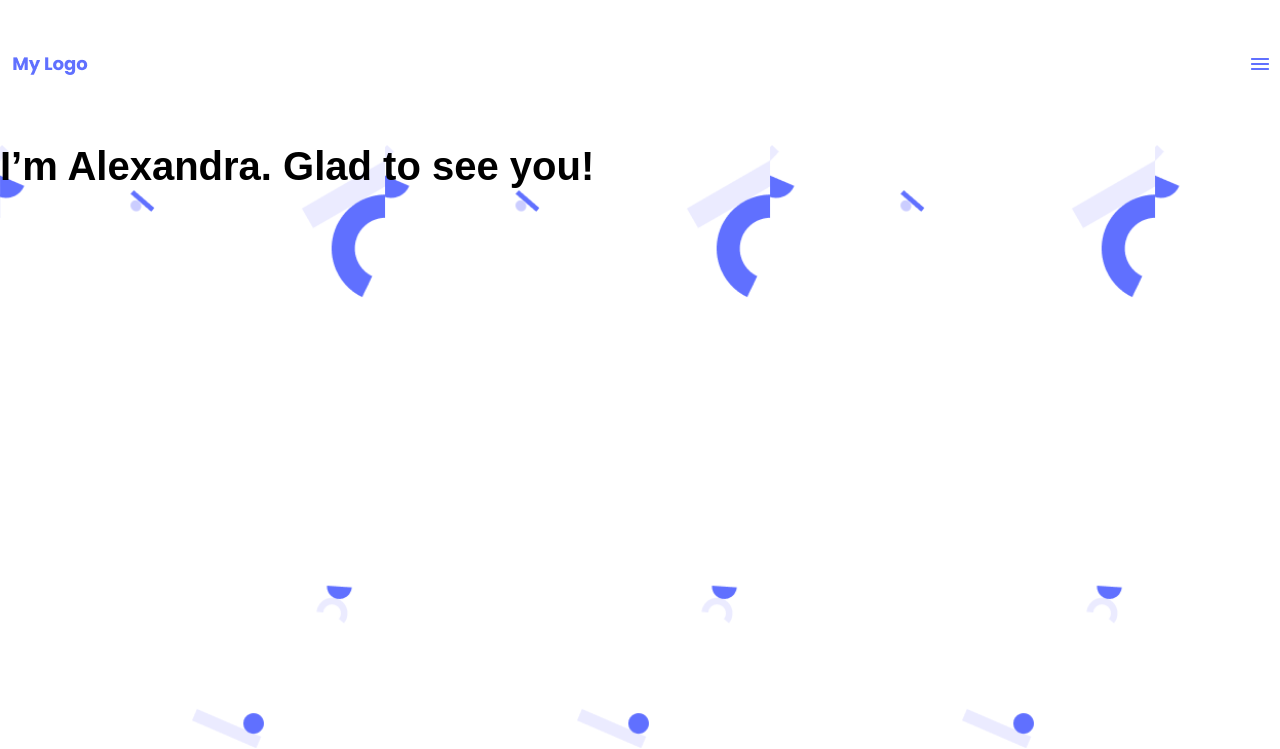
Repository: Paulinelali/potfoilo.github.io
Page: public/index.html
These files come from the project's save history. The page is drawn as it stood at one moment and after a run of saves; the edit follows.
The browser window is 1280 px wide. The pictures show the whole page.

Above is the page before, as saved 2023-03-24 21:23:34.

### public/index.html
<!DOCTYPE html>
<html lang="en">
<head>
    <meta charset="UTF-8">
    <meta http-equiv="X-UA-Compatible" content="IE=edge">
    <meta name="viewport" content="width=device-width, initial-scale=1.0">
    <link rel="stylesheet" href="../styles/style.css">
    <title>Ayomide S.E.P</title>
</head>
<body>

    <header class="header header-top">
        <div class="header-inner sp-btw-flex">
            <div class="heoader-log">
                <img src="../assets/Logo Placeholder.png" alt="">
            </div>
            <div class="header-mobile-icon">
                <img src="../assets/Normal Button/Tertiary/Enabled.png" alt="">
            </div>
        </div>
    </header>

    <section class="intro-section">
        <h2 class="intro-title">I’m Alexandra.
            Glad to see you!</h2>
    </section>
</body>
</html>

### styles/style.css
*{
    box-sizing: border-box;
    padding: 0px;
    margin: 0px;
}

.intro-section{
    background-image: url("../assets/header-shapes\ mobile.png");
    width: 100%;
    background-size: contain;
    position: absolute;
    top: 145px;
    height: 604px;

}

.intro-title{
    font-family: 'Poppins', sans-serif;
    font-size: 40px;
    font-weight: 700;
    line-height: 42px;
}

.header-inner{
    position: absolute;
    width: 100%;
    height: 48px;
    top: 44px;
    display: flex;
    justify-content: space-between;
}

.sp-btw-flex{ display: flex;}
.sp-btw-fle .heoader-log{
    width: 40px;
    height: 40px;
    left: 24px;
    top: cal(50% -40px/2);
    border-radius: 8px;
    -webkit-border-radius: 8px;
    -moz-border-radius: 8px;
    -ms-border-radius: 8px;
    -o-border-radius: 8px;
}

.header-mobile-icon{
    width: 40px;
    height: 40px;
    right: 24px;
    top: cal(50% -40px/2);
    border-radius: 8px;
    -webkit-border-radius: 8px;
    -moz-border-radius: 8px;
    -ms-border-radius: 8px;
    -o-border-radius: 8px;
}

After the next 2 saves:
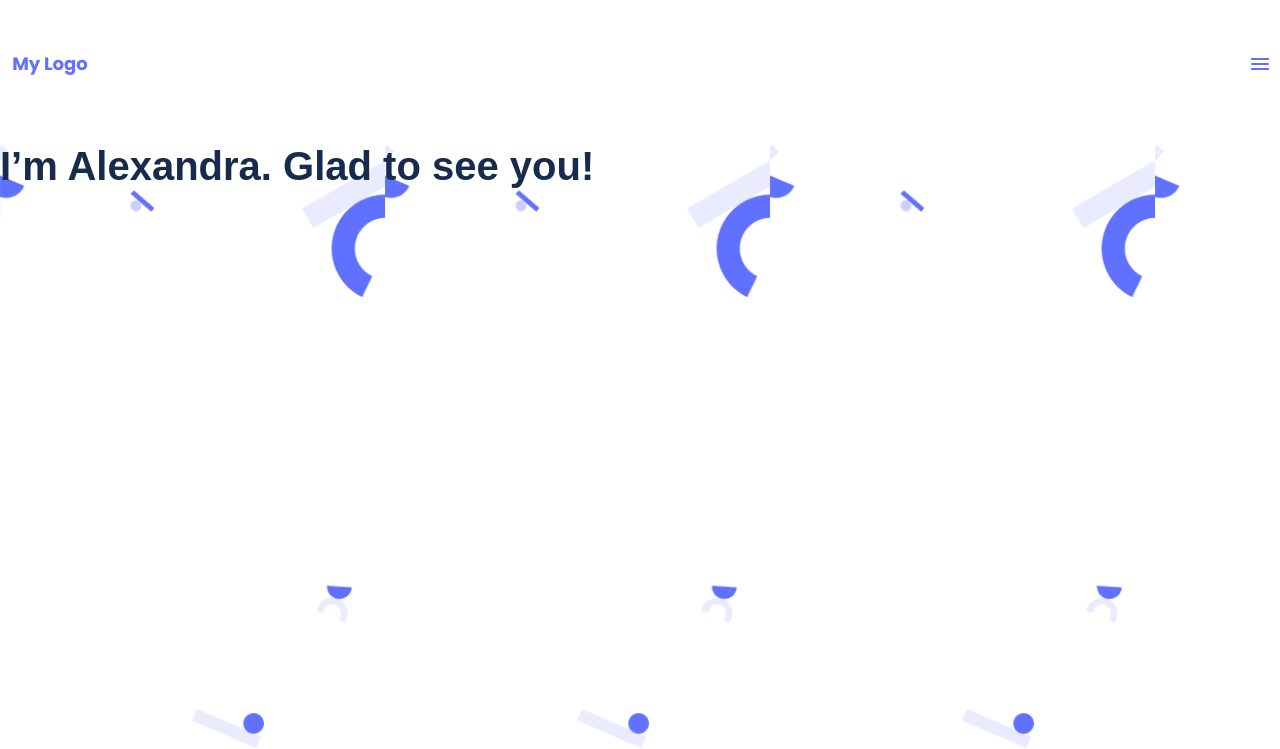
The 2 saves are shown as one change because they came seconds apart.
The last was saved 17 s later.
--- a/styles/style.css
+++ b/styles/style.css
@@ -19,6 +19,8 @@
     font-size: 40px;
     font-weight: 700;
     line-height: 42px;
+    color: #172B4D;
+
 }
 
 .header-inner{
